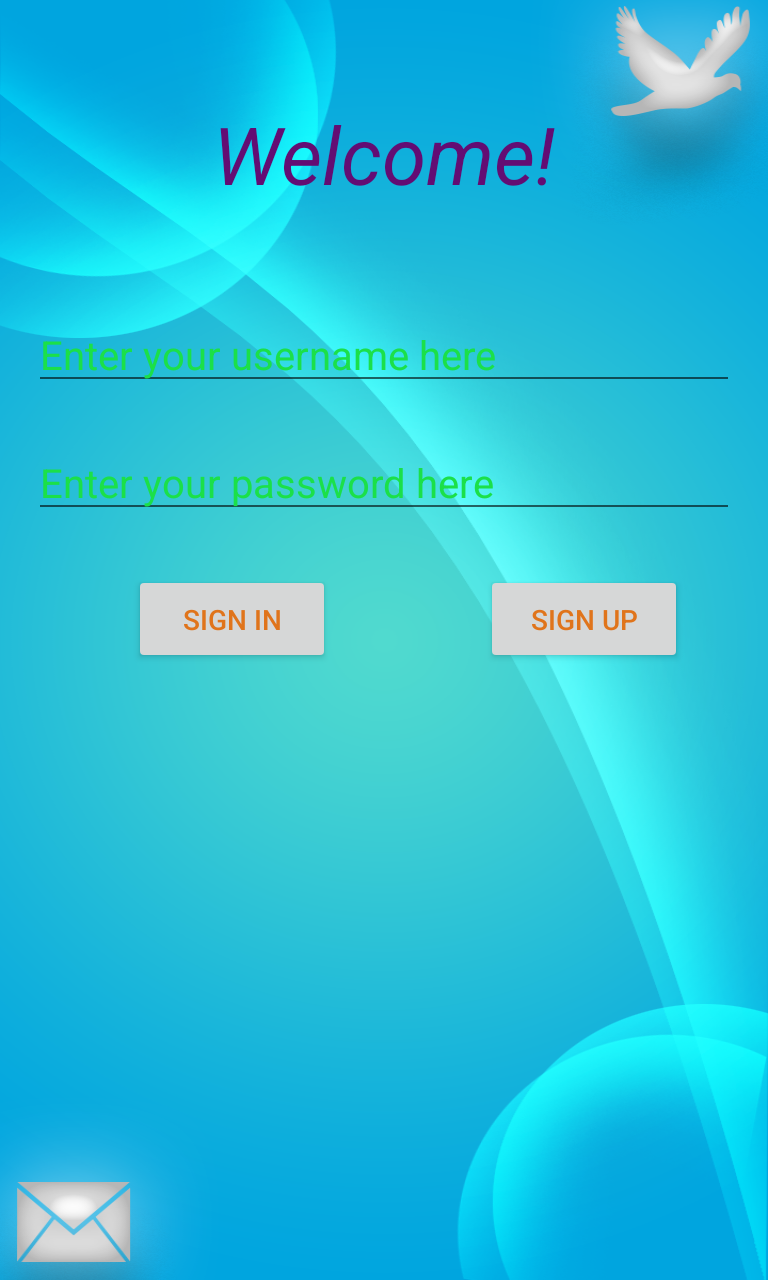
Repository: JodyCoolit/android
Layout: Delivery/res/layout/activity_login.xml
An editor plug-in stored every save of this project. The layout is shown before and after the next save, followed by the edit.
It is drawn on a 768 x 1280 px phone screen (xhdpi) without system bars, with theme AppTheme; the app's code is not run.

Above is the layout before, as saved 2014-08-22 06:46:03.

After the next save:
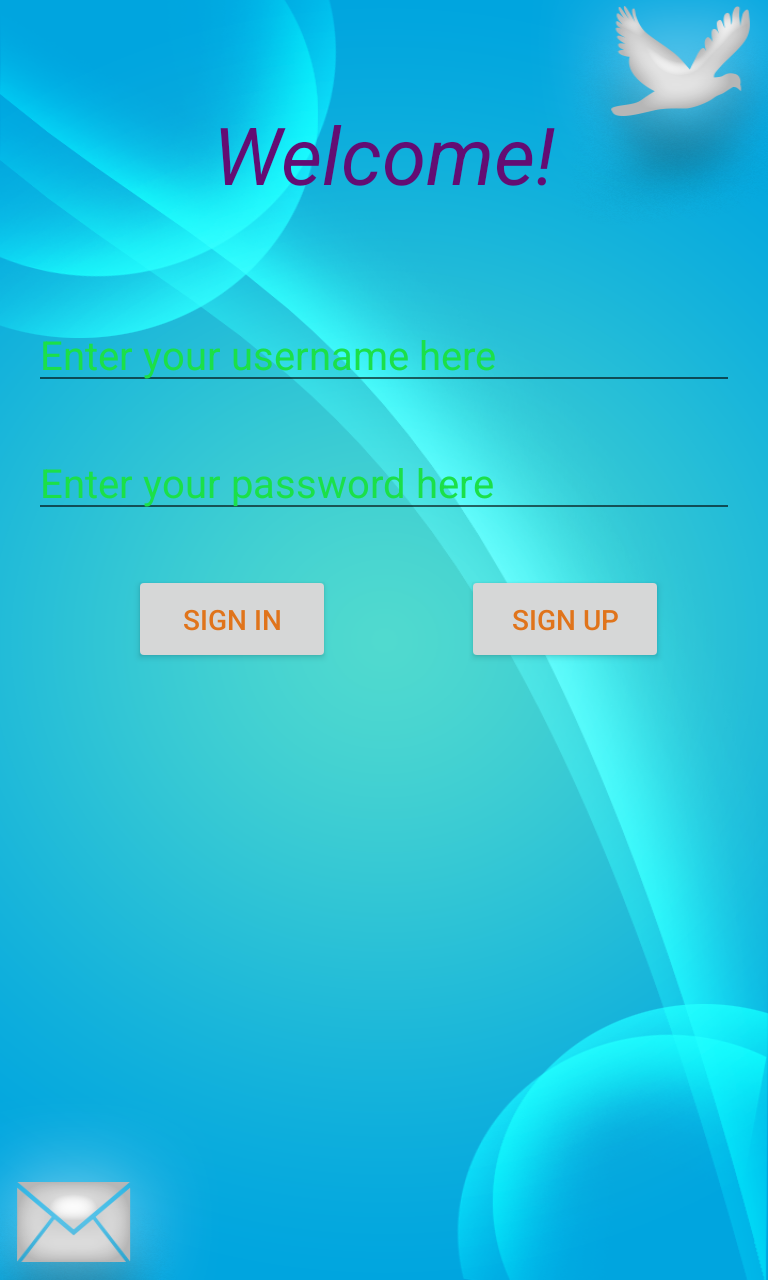
Saved 11 s later.
--- a/Delivery/res/layout/activity_login.xml
+++ b/Delivery/res/layout/activity_login.xml
@@ -60,7 +60,7 @@
          	android:id="@+id/btn_signup"
 	        android:textColor="#E0741B"
 	        android:layout_marginTop="10sp"
-	        android:layout_marginLeft="0sp"
+	        android:layout_marginLeft="-10sp"
 	        android:layout_width="100dp"
 	        android:layout_height="wrap_content"
 	        android:layout_gravity="center"

After the save that followed:
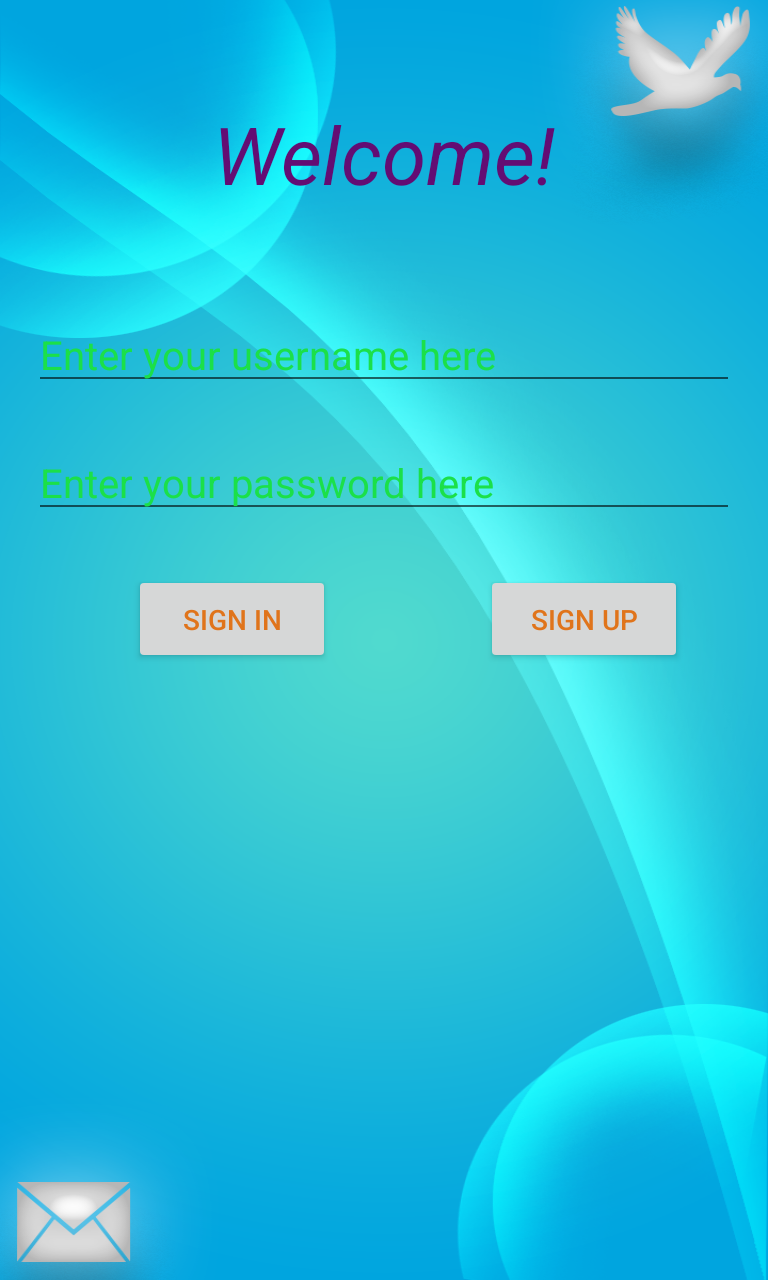
Saved 4 s later.
--- a/Delivery/res/layout/activity_login.xml
+++ b/Delivery/res/layout/activity_login.xml
@@ -60,7 +60,7 @@
          	android:id="@+id/btn_signup"
 	        android:textColor="#E0741B"
 	        android:layout_marginTop="10sp"
-	        android:layout_marginLeft="-10sp"
+	        android:layout_marginLeft="0sp"
 	        android:layout_width="100dp"
 	        android:layout_height="wrap_content"
 	        android:layout_gravity="center"
